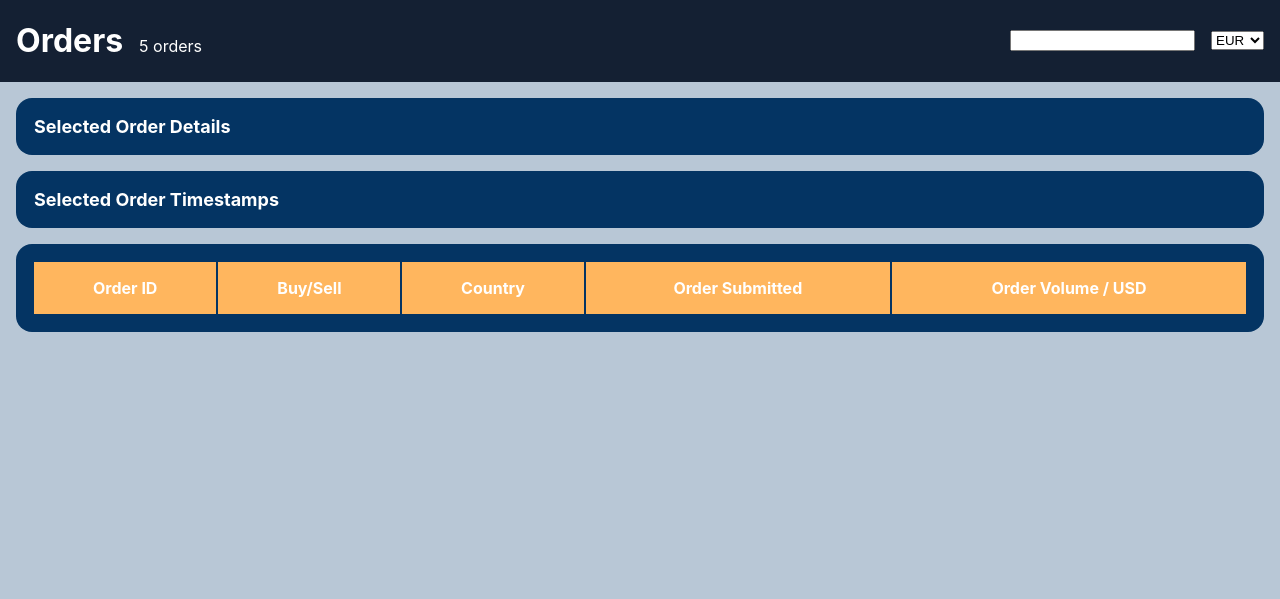
Repository: PreetiToppo/Assignment_Question_1
Page: /
These files come from the project's save history. The page is drawn as it stood at one moment and after the next save; the edit follows.
The browser window is 1280 px wide. The pictures show the whole page.
The project was rebuilt for these pictures with package versions that can differ from the ones it lists, and the page was loaded fresh each time.

Above is the page before, as saved 2023-08-04 19:09:52.

After the next save:
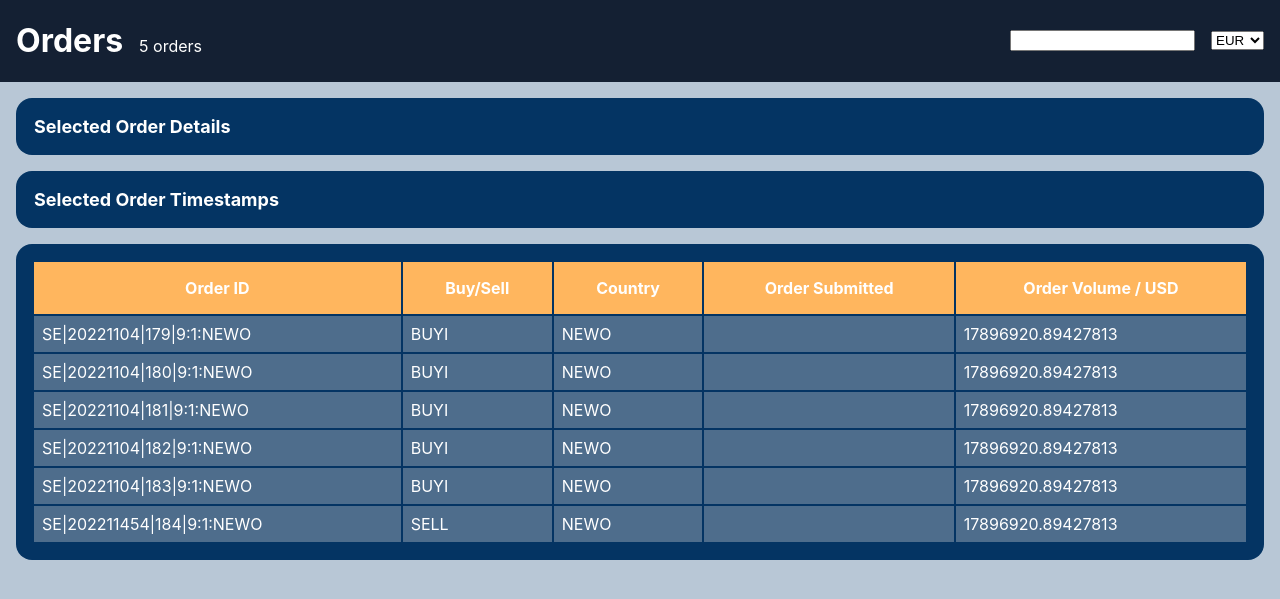
Saved 22 s later.
--- a/src/pages/Dashboard.jsx
+++ b/src/pages/Dashboard.jsx
@@ -87,7 +87,7 @@ const Dashboard = () => {
             title="Selected Order Timestamps"
           />
         </div>
-        <List rows={mergedData} currency={currency} search={searchText} />
+        <List rows={mockData.results} currency={currency} search={searchText} />
       </div>
     </div>
   );
